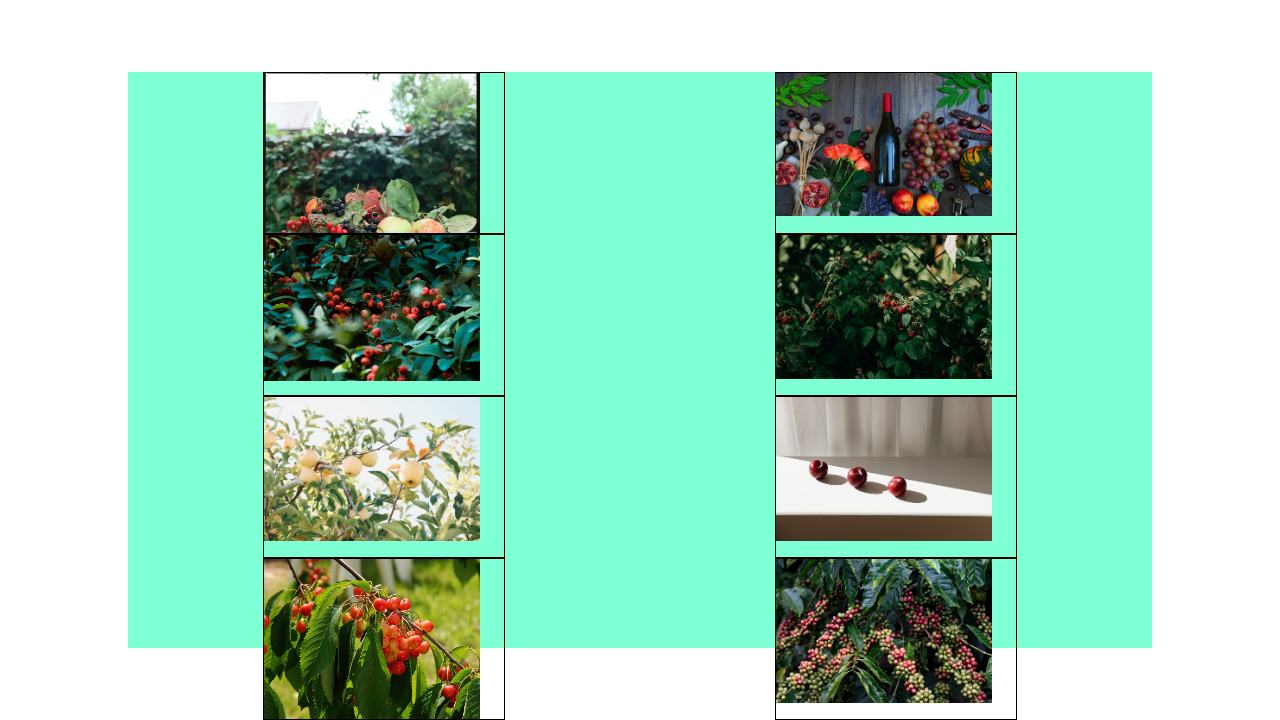
Repository: lidkaa/devTasks
Page: 0. Zadania Testowe/zadania/FlexboxCentered.html
These files come from the project's save history. The page is drawn as it stood at one moment and after the next save; the edit follows.
The browser window is 1280 px wide. The pictures show the whole page.
The pointer rests on the first visible `.cell`.

Above is the page before, as saved 2022-01-31 14:29:42.

After the next save:
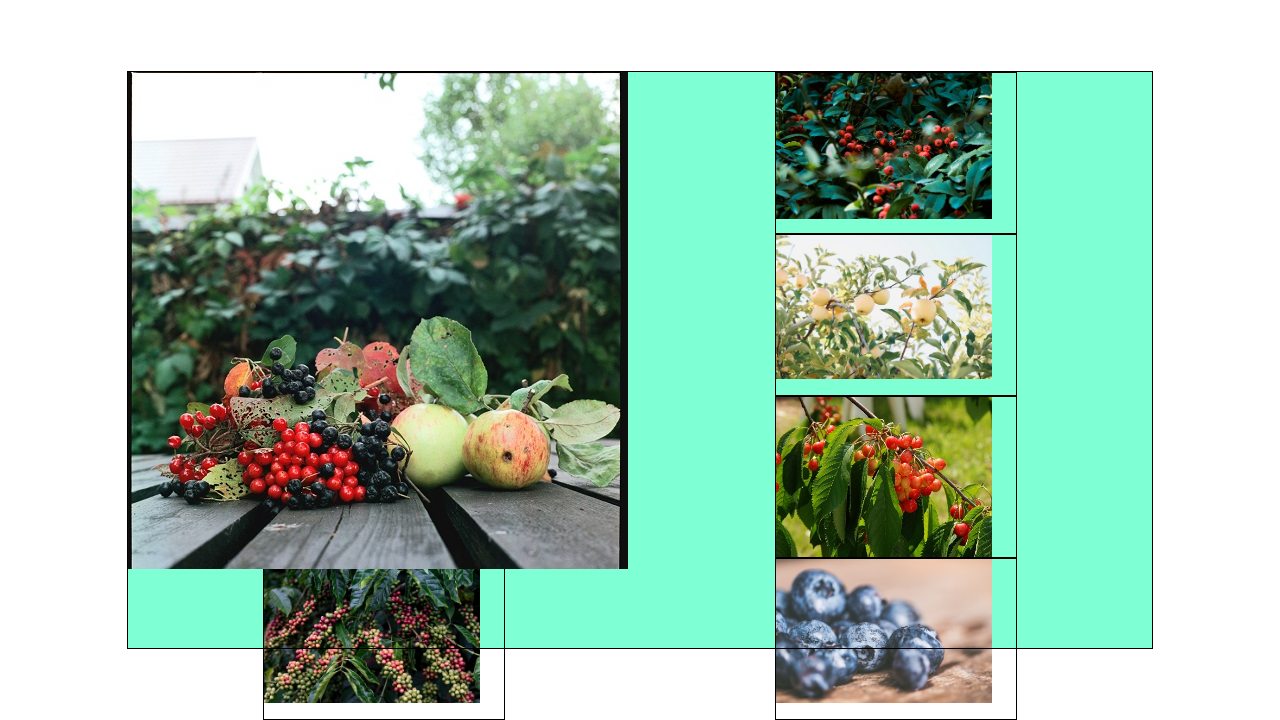
Saved 85 s later.
--- a/0. Zadania Testowe/zadania/flexboxcentered.css
+++ b/0. Zadania Testowe/zadania/flexboxcentered.css
@@ -37,3 +37,9 @@
     height: auto;
     object-fit: fill;
   }
+
+  .cell:hover {
+      position: fixed;
+      width: 80%;
+      height: 80%;
+  }
